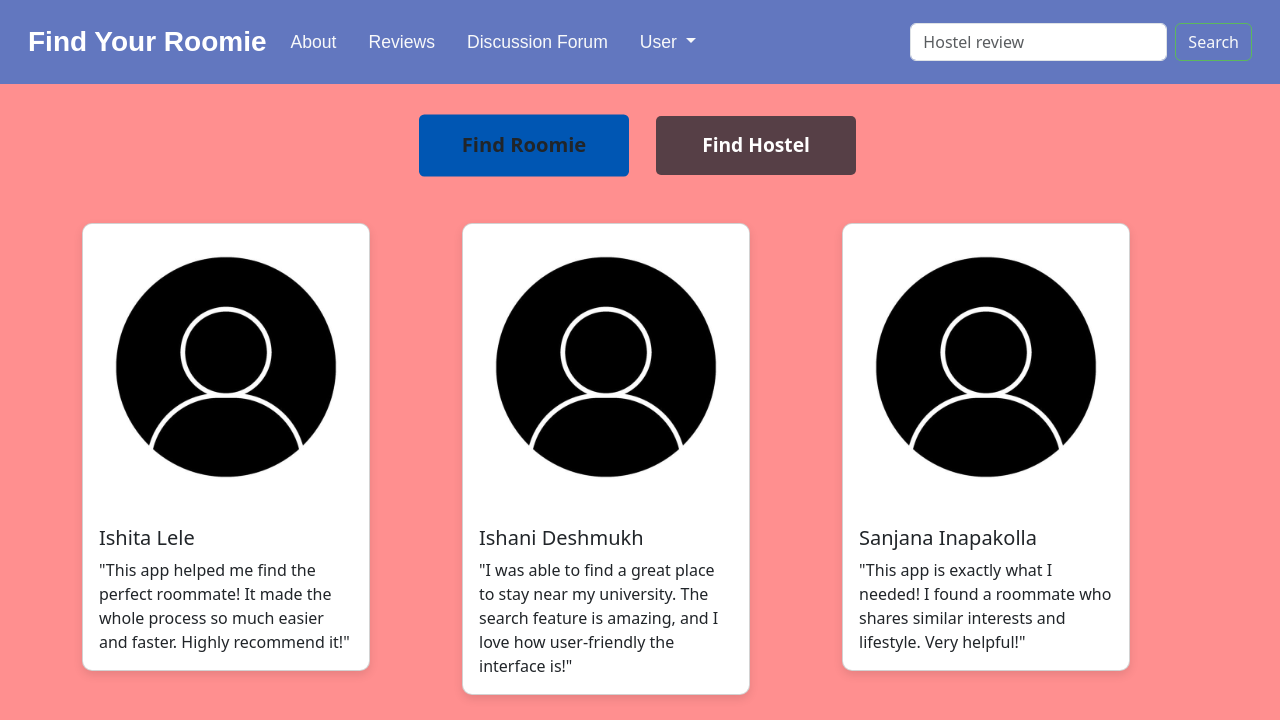
Repository: Sanjana-Inapakolla/Find-your-Roomie-website
Page: mini-project(jfst)/MiniProject/src/main/webapp/home.html
The author's editor kept a copy of each file at every save. The page is drawn from the files as they stood at one save, then again after the next save.
The browser window is 1280 px wide. The pictures show the whole page.
The pointer rests on the first visible `.find-roomie`.

Above is the page before, as saved 2024-11-13 08:54:58.

### mini-project(jfst)/MiniProject/src/main/webapp/home.html
<!DOCTYPE html>
<html lang="en">
<head>
  <meta charset="ISO-8859-1">
  <title>Home Page</title>
 <link href="https://cdn.jsdelivr.net/npm/bootstrap@5.3.3/dist/css/bootstrap.min.css" rel="stylesheet" integrity="sha384-QWTKZyjpPEjISv5WaRU9OFeRpok6YctnYmDr5pNlyT2bRjXh0JMhjY6hW+ALEwIH" crossorigin="anonymous">
  <style>
    /* Navbar Styling */
    .navbar {
      background-color: #6277bf ;
      padding: 1rem;
    }

    /* Navbar Brand (Logo/Text) */
    .navbar-brand {
      color: #f8f9fa;
      font-size: 1.75rem;
      font-weight: bold;
      font-family: 'Arial', sans-serif;
      color:  #ffffff;
    }

    /* Navbar Links (Home, Reviews, Discussion Forum) */
    .navbar-nav .nav-link {
      color: #f8f9fa;
      font-size: 1.1rem;
      font-family: 'Arial', sans-serif;
      margin-right: 1rem;
      transition: color 0.3s;
    }

    /* Active Link Color */
    .navbar-nav .nav-link.active {
      color: #f8f9fa !important;
    }

    /* Hover Effect for Links (Home, Reviews, Discussion Forum) */
    .navbar-nav .nav-link:hover {
      color: #5cb85c;
    }

    /* Active Link Hover (Ensures the hover color is still applied even if it's active) */
    .navbar-nav .nav-link.active:hover {
      color: #5cb85c !important;
    }

    /* Search Button */
    .btn-outline-success {
      color: #f8f9fa;
      border-color: #5cb85c;
      transition: background-color 0.3s, color 0.3s;
    }

    /* Search Button Hover */
    .btn-outline-success:hover {
      background-color: #5cb85c;
      color: #fff;
    }

    /* Home Page Buttons Styling */
    .home-buttons {
      display: flex;
      justify-content: center;
      gap: 2rem;
      margin-top: 2rem;
    }

    .home-buttons .btn {
      font-size: 1.2rem;
      padding: 15px 30px;
      border-radius: 5px;
      font-weight: bold;
      width: 200px;
      transition: transform 0.3s;
    }

    /* Hover Effect for Buttons */
    .home-buttons .btn:hover {
      transform: scale(1.05);
    }

    .find-roomie {
      background-color: #563f46;
      color: white;
      border: none;
    }

    .find-roomie:hover {
      background-color: #0056b3;
    }

    .find-hostel {
      background-color: #563f46;
      color: white;
      border: none;
    }

    .find-hostel:hover {
      background-color: #cad3ed;
    }

    .card {
      width: 18rem;
      border-radius: 10px;
      box-shadow: 0 4px 10px rgba(0, 0, 0, 0.1);
    }
    .card-img-top {
      border-radius: 10px 10px 0 0;
    }

    body{
      background-color: #ff8f8f;
    }
  </style>
</head>
<body>

<!-- Navbar -->
<nav class="navbar navbar-expand-lg">
  <div class="container-fluid" style="background-color: #6277bf;">
    <a class="navbar-brand" href="#">Find Your Roomie</a>
    <button class="navbar-toggler" type="button" data-bs-toggle="collapse" data-bs-target="#navbarNav" aria-controls="navbarNav" aria-expanded="false" aria-label="Toggle navigation">
      <span class="navbar-toggler-icon"></span>
    </button>
    <div class="collapse navbar-collapse" id="navbarNav">
      <ul class="navbar-nav me-auto">
        <li class="nav-item">
          <a class="nav-link active" aria-current="page" href="About.jsp">About</a>
        </li>
        <li class="nav-item">
          <a class="nav-link" href="Rating.jsp">Reviews</a>
        </li>
        <li class="nav-item">
          <a class="nav-link" href="BeforeChat">Discussion Forum</a>
        </li>
        <li class="nav-item dropdown">
          <a class="nav-link dropdown-toggle" href="#" role="button" data-bs-toggle="dropdown" aria-expanded="false">
            User
          </a>
          <ul class="dropdown-menu">
            <li><a class="dropdown-item" href="Profile">My Profile</a></li>
            <li><a class="dropdown-item" href="BeforeUpdate">Account Settings</a></li>
            <li><a class="dropdown-item" href="LogoutServlet">Logout</a></li>
          </ul>
        </li>
      </ul>

      <!-- Search Button on the Right -->
      <form class="d-flex ms-auto" action="HostelSearch">
        <input class="form-control me-2" name="hostel-search" type="search" placeholder="Hostel review" aria-label="Search">
        <button class="btn btn-outline-success" type="submit">Search</button>
      </form>
    </div>
  </div>
</nav>

<!-- Buttons for Find Roomie and Find Hostel -->
<div class="home-buttons">
  <button class="btn find-roomie" onclick="window.location.href='Match';">Find Roomie</button>
 <button class="btn find-hostel" onclick="window.location='public/HostelGeoMap.html';">Find Hostel</button>
</div>

<div class="container mt-5">
  <div class="row justify-content-center">
    <!-- Card 1 -->
    <div class="col-md-4 mb-4">
      <div class="card">
        <img src="images\profile.jpg" class="card-img-top" alt="User Image">
        <div class="card-body">
          <h5 class="card-title">Ishita Lele</h5>
          <p class="card-text">"This app helped me find the perfect roommate! It made the whole process so much easier and faster. Highly recommend it!"</p>
        </div>
      </div>
    </div>

    <!-- Card 2 -->
    <div class="col-md-4 mb-4">
      <div class="card">
        <img src="images\profile.jpg" class="card-img-top" alt="User Image">
        <div class="card-body">
          <h5 class="card-title">Ishani Deshmukh</h5>
          <p class="card-text">"I was able to find a great place to stay near my university. The search feature is amazing, and I love how user-friendly the interface is!"</p>
        </div>
      </div>
    </div>

    <!-- Card 3 -->
    <div class="col-md-4 mb-4">
      <div class="card">
        <img src="images\profile.jpg" class="card-img-top" alt="User Image">
        <div class="card-body">
          <h5 class="card-title">Sanjana Inapakolla</h5>
          <p class="card-text">"This app is exactly what I needed! I found a roommate who shares similar interests and lifestyle. Very helpful!"</p>
        </div>
      </div>
    </div>
  </div>
</div>

<!-- Bootstrap JS -->
<script src="https://cdn.jsdelivr.net/npm/bootstrap@5.3.3/dist/js/bootstrap.bundle.min.js" integrity="sha384-YvpcrYf0tY3lHB60NNkmXc5s9fDVZLESaAA55NDzOxhy9GkcIdslK1eN7N6jIeHz" crossorigin="anonymous"></script>
</body>
</html>

After the next save:
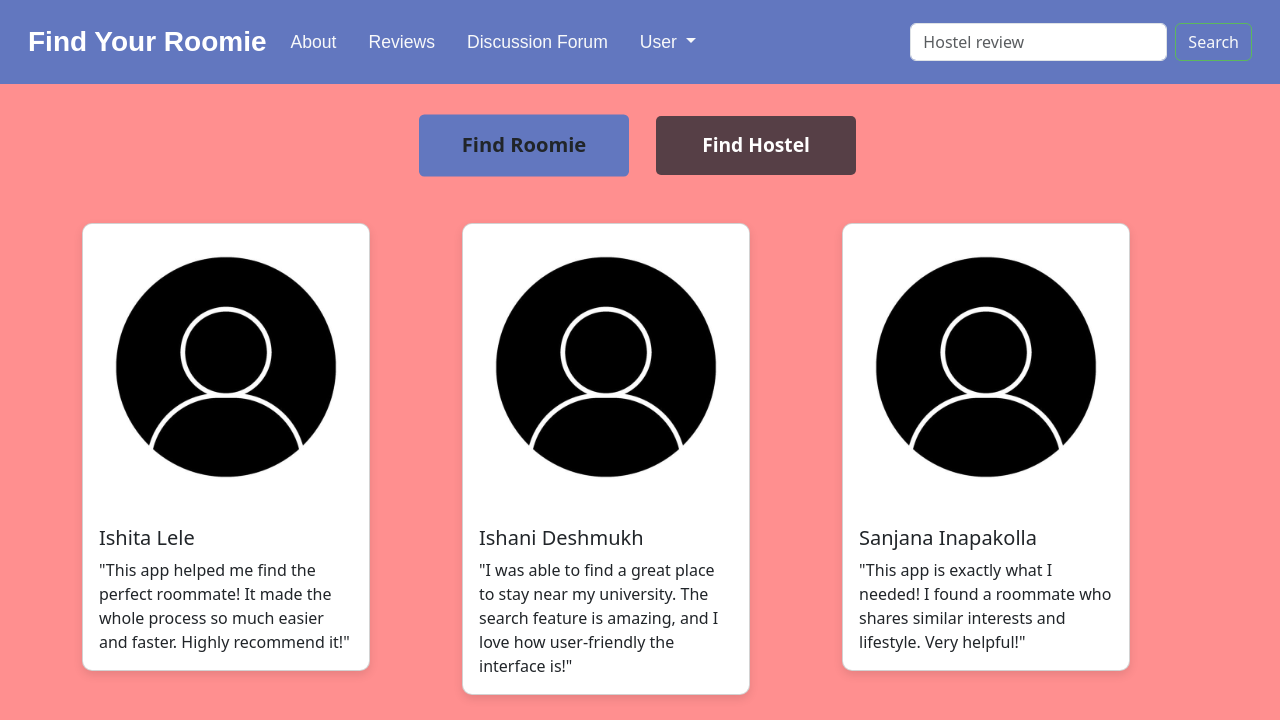
Saved 96 s later.
--- a/mini-project(jfst)/MiniProject/src/main/webapp/home.html
+++ b/mini-project(jfst)/MiniProject/src/main/webapp/home.html
@@ -86,7 +86,7 @@
     }
 
     .find-roomie:hover {
-      background-color: #0056b3;
+      background-color: #6277bf ;
     }
 
     .find-hostel {
